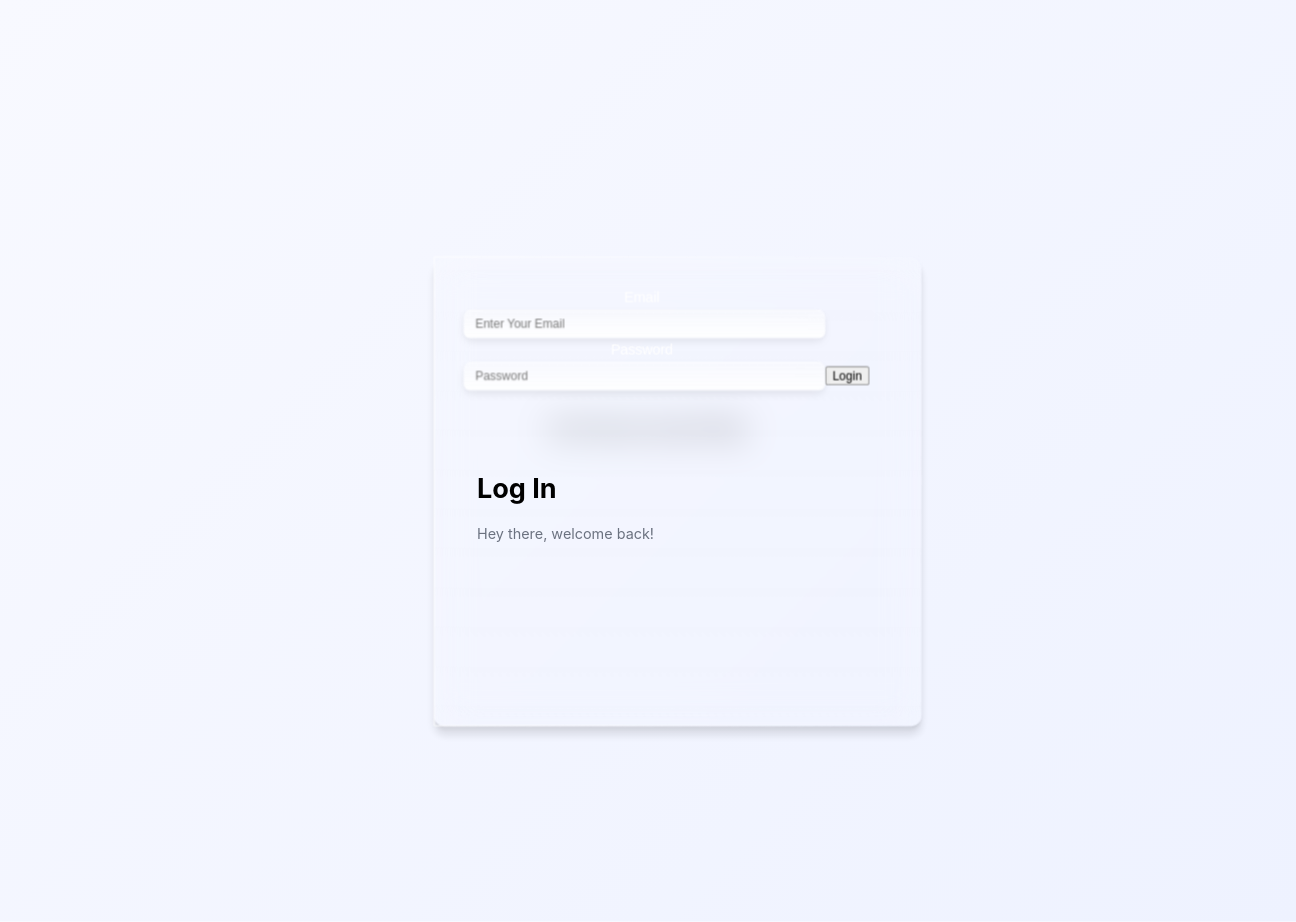
Repository: AfifaNoor/Admin_Panel-React-
Page: /sign-up
The author's editor kept a copy of each file at every save. The page is drawn from the files as they stood at one save, then again after the next save.
The browser window is 1280 px wide. The page is 1440 px wide, then 1280 px, then 1440 px, so the pictures cover 1440 px, including what lies to the right of the window. The pictures show the whole page, at 90% of full size.
The project was rebuilt for these pictures with package versions that can differ from the ones it lists, and the page was loaded fresh each time. Also part of the build but not shown: src/SignUp.jsx.

Above is the page before, as saved 2025-07-10 16:07:27.

### src/App.js
import React from 'react'
import LoginPage from './LoginPage'
import { RouterProvider } from 'react-router-dom'
import Router from './Router'

const App = () => {
  return (
    <>
      {/* <RouterProvider router={Router}/> */}
      <LoginPage/>
    </>


  )
}

export default App

### src/LoginPage.jsx
import React, { useState } from 'react'
// import {Navigate, useNavigate} from 'react-router-dom';
import "./LoginPage.css"
import { ToastContainer, toast } from 'react-toastify';
import 'react-toastify/dist/ReactToastify.css';

const LoginPage = () => {
    const[email , setEmail]=useState('')
    const [password , setPassword] = useState('')
    // const navigate= useNavigate();

const handleSubmit =(e)=>{
    e.preventDefault();

 const hardcoreMail="login@gmail.com";
 const hardcorePassword = '1234567'

    if (email=== hardcoreMail && password === hardcorePassword){
        alert("Login Successfull")

    }else{
        alert("Invalid Credential")
    }

}



  return (
 <div className="login-container">

      <div className="signup-redirect">
        <p>
          Don’t have an account?{' '}
          {/* <span className="signup-link" onClick={() => navigate('/sign-up')}> */}
            {/* Sign Up */}
          {/* </span> */}
          <span className="signup-link" >
            Sign
          </span>
        </p>
      </div>

      <div className="title">
        <h1>Log In</h1>
        <p>Hey there, welcome back!</p>
      </div>

    <div>



    </div>

      <form className="login-form" onSubmit={handleSubmit}>
      <label className='form-label'>Email</label>
        <input
          type="email"
          className="form-input"
          value={email}
          placeholder="Enter Your Email"
          onChange={(e) => setEmail(e.target.value)}
          required
        />

        <label className='form-label'>Password</label>
        <input
          type="password"
          className="form-input"
          placeholder="Password"
          value={password}
          onChange={(e) => setPassword(e.target.value)}
          required
        />

        <button className="login-btn" type="submit">
          Login
        </button>

        {/* <ToastContainer /> */}
      </form>
    </div>
  );
}

export default LoginPage

### src/Router.jsx
import React from 'react';
import { createBrowserRouter , createRoutesFromElements , Route } from 'react-router-dom';
import LoginPage from './LoginPage';
import SignUp from './SignUp';

const Router = createBrowserRouter(
  createRoutesFromElements(
    <>

      <Route path='/sign-up' element={<SignUp/>}/>
      <Route path='login-page' element={<LoginPage/>}/>
    </>
  )
)

export default Router;

### src/LoginPage.css
.login-container {
  width: 1440px;
  height: 1024px;
  /* background: #FFFFFF; */
  opacity: 1;
  transform: rotate(0deg);
  display: flex;
  justify-content: center;
  align-items: center;
  background: linear-gradient(135deg, #f8f9ff, #eef2ff);
  flex-direction: column;
  /* font-family: 'Inter','sans-serif'; */
  position: relative;


}


.title{
  z-index: 3;
  width: 380px;
  height: 72px;
  opacity: 1;
  gap: 10px;

}

.title h1 {
width: 380px;
height: 40px;
font-family: 'Inter', sans-serif;
font-weight: 600px;
font-size: 30px;
line-height: 40px;
letter-spacing: -1%;
}

.title p{
  font-size: 16px;
  font-style: Inter;
  font-weight: 400px;
  font-style:normal;
  line-height: 22px;
  letter-spacing: -1%;
  color: rgba(107, 114, 128, 1);

}

.login-form{
  width: 476px;
  height: 456px;
  position: absolute;
  top: 284.5px;
  left: 482px;
  border-radius: 12px;
  padding: 32px;
  gap: 10px;
  opacity: 1;
  flex-direction: column;

  z-index: 2;

  background: linear-gradient(180deg, rgba(255, 255, 255, 0) -9.58%, rgba(255, 255, 255, 0.052) 100%);
  border: 1px solid transparent;
  border-image-source: linear-gradient(93.78deg, #FFFFFF 8.04%, rgba(255, 255, 255, 0) 100%);
  border-image-slice: 1;


-webkit-backdrop-filter: blur(20px);
backdrop-filter: blur(20px);

box-shadow:
  0px 10px 10px 0px rgba(0, 0, 0, 0.10),
  0px 4px 4px 0px rgba(0, 0, 0, 0.05),
  0px 1px 0px 0px rgba(0, 0, 0, 0.05),
  inset 0px 20px 50px 0px rgba(255, 255, 255, 0.15);

}

.form-label{
width: 380px;
height: 22px;
transform: rotate(0deg);
opacity: 1;
gap: 12px;

font-family: 'Intern',sans-serif;
font-weight: 500px;
font-size: 16px;
line-height: 22px;
letter-spacing: -0.01em;

color:#FFFFFF;


border: none;
border-radius: 6px;
padding: 2px 8px;
cursor: pointer;
display: inline-flex;
align-items: center;
justify-content: center;

}

.form-input{

 width: 380px;
  height: 20px;
  min-width: 140px;
  max-width: 500px;
  transform: rotate(0deg);
  opacity: 1;
  border-radius: 8px;
  border-width: 1px;
  padding: 5px 8px 5px 12px;
  gap: 8px;

  background: linear-gradient(0deg, rgba(255, 255, 255, 0.9) 0%, rgba(255, 255, 255, 0.4) 100%);
  border: 1px solid transparent; /* fallback for border-image */

  border-image:
    linear-gradient(0deg, rgba(255, 255, 255, 0.1), rgba(255, 255, 255, 0.1)),
    linear-gradient(360deg, rgba(255, 255, 255, 0.5) 0%, rgba(255, 255, 255, 0) 100%);
  border-image-slice: 1;


  -webkit-backdrop-filter: blur(20px);
  backdrop-filter: blur(20px);
  box-shadow: 0 4px 10px rgba(0,0,0,0.08);
  cursor: pointer;
}

Loaded but not shown: public/index.html (common file); src/index.js (common file); src/index.css (common file); src/reportWebVitals.js (common file)

After the next save:
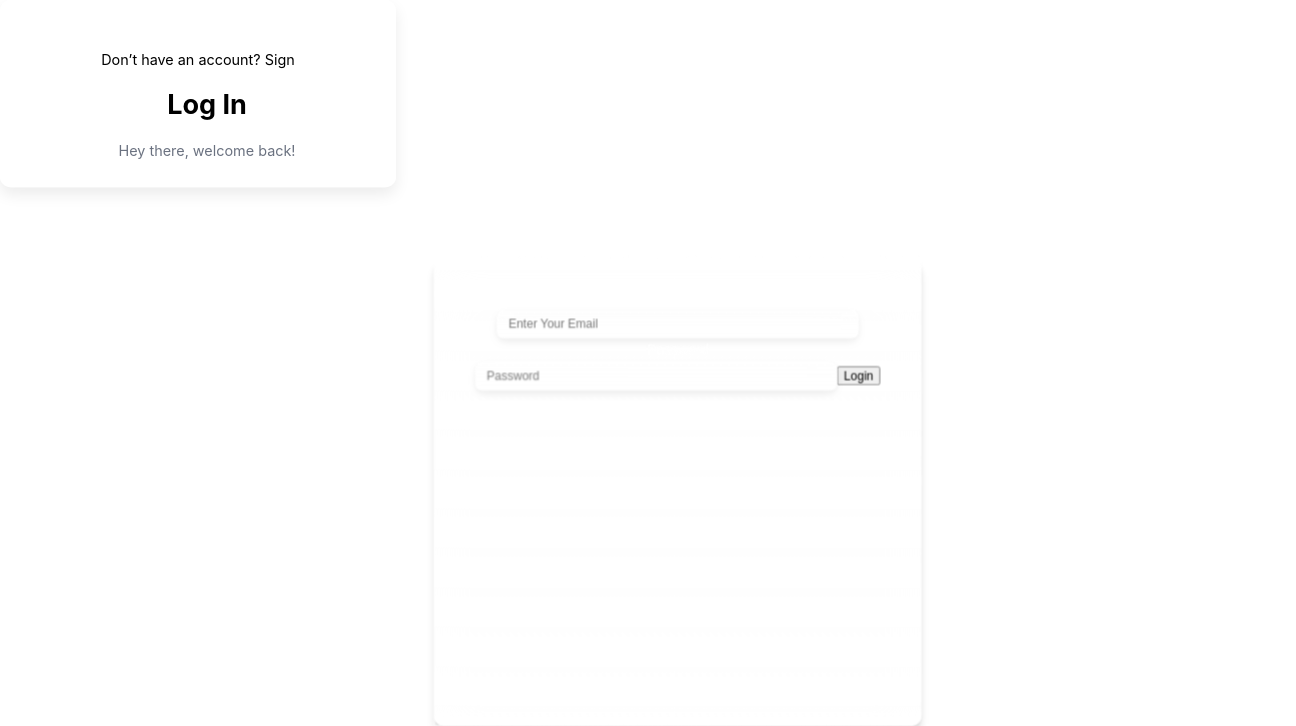
Saved 42 s later.
--- a/src/LoginPage.css
+++ b/src/LoginPage.css
@@ -1,18 +1,12 @@
 .login-container {
-  width: 1440px;
-  height: 1024px;
-  /* background: #FFFFFF; */
-  opacity: 1;
-  transform: rotate(0deg);
-  display: flex;
-  justify-content: center;
-  align-items: center;
-  background: linear-gradient(135deg, #f8f9ff, #eef2ff);
-  flex-direction: column;
-  /* font-family: 'Inter','sans-serif'; */
+  background: rgba(255, 255, 255, 0.9);
+  padding: 40px;
+  border-radius: 12px;
+  box-shadow: 0 8px 16px rgba(0, 0, 0, 0.08);
+  max-width: 360px;
+  width: 100%;
+  text-align: center;
   position: relative;
-
-
 }
 
 

After the save that followed:
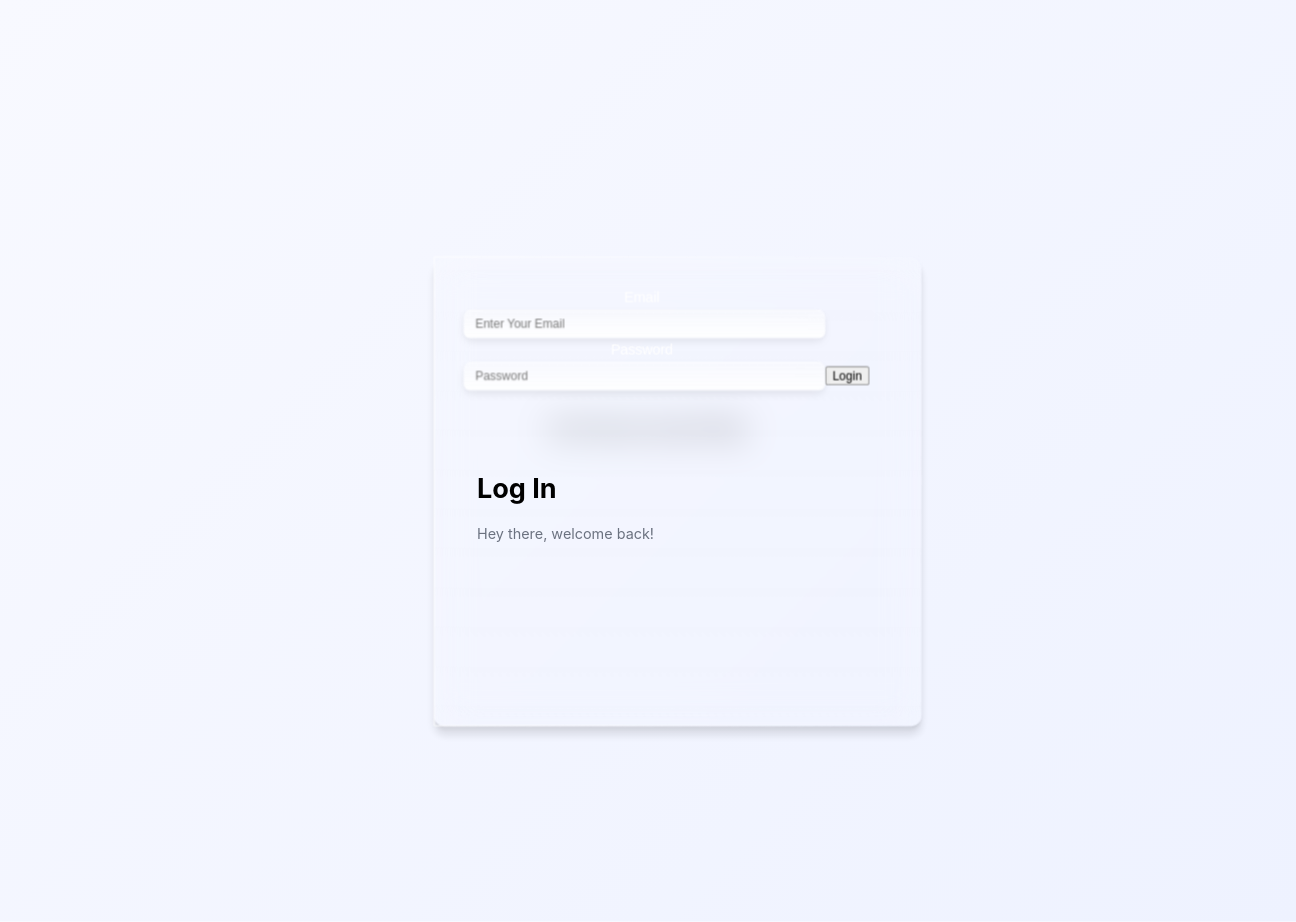
Saved 22 s later.
--- a/src/LoginPage.css
+++ b/src/LoginPage.css
@@ -1,12 +1,18 @@
 .login-container {
-  background: rgba(255, 255, 255, 0.9);
-  padding: 40px;
-  border-radius: 12px;
-  box-shadow: 0 8px 16px rgba(0, 0, 0, 0.08);
-  max-width: 360px;
-  width: 100%;
-  text-align: center;
+  width: 1440px;
+  height: 1024px;
+  /* background: #FFFFFF; */
+  opacity: 1;
+  transform: rotate(0deg);
+  display: flex;
+  justify-content: center;
+  align-items: center;
+  background: linear-gradient(135deg, #f8f9ff, #eef2ff);
+  flex-direction: column;
+  /* font-family: 'Inter','sans-serif'; */
   position: relative;
+
+
 }
 
 
